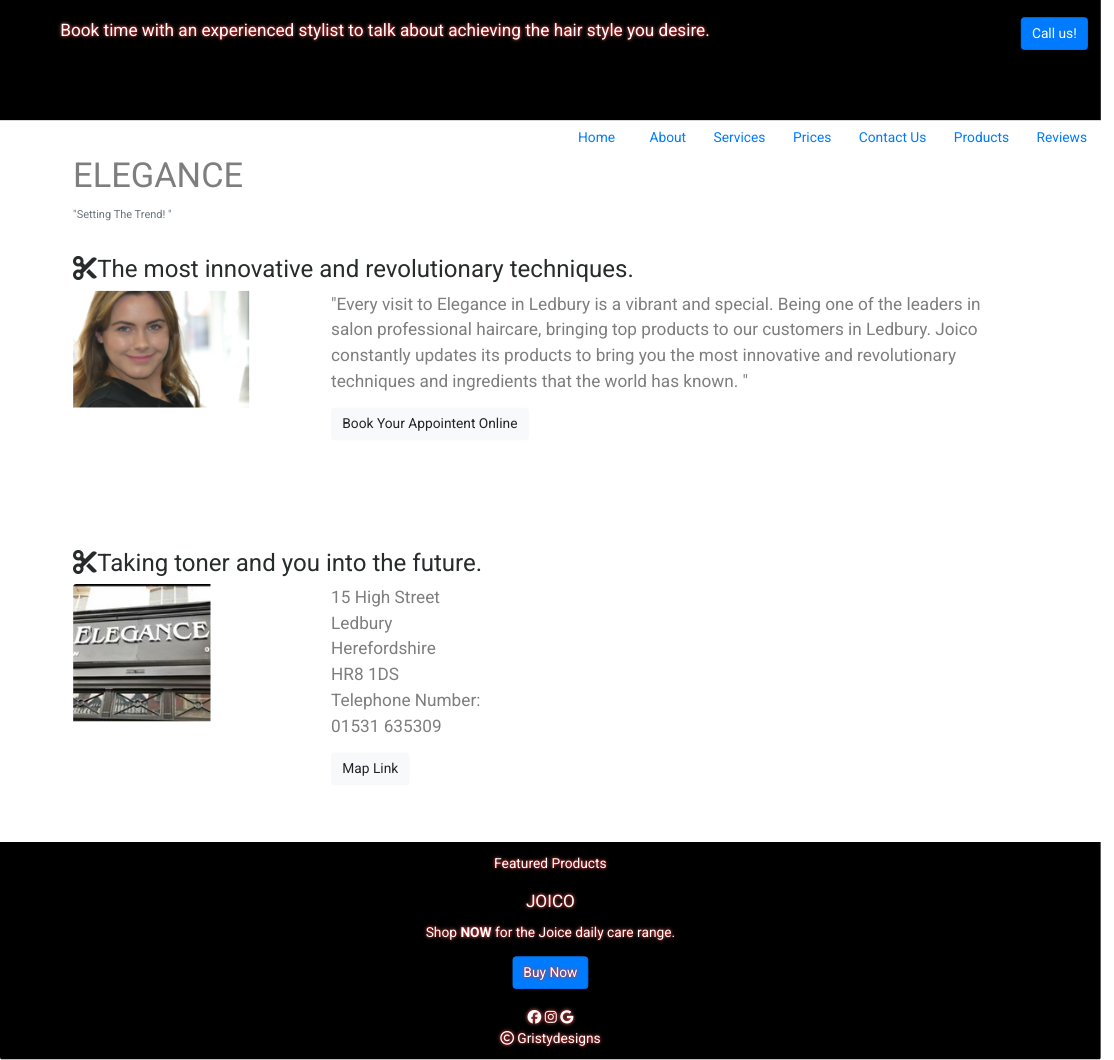
Repository: Gristydesigns/elegance-salon
Page: index.html
The author's editor kept a record of every edit. The page is drawn from the files as they stood at one moment, then again after the next edit.
The browser window is 1280 px wide. The page is 1295 px wide, so the pictures cover 1295 px, including what lies to the right of the window. The pictures show the whole page, at 86% of full size.
Some web libraries are served in a nearby version.

Above is the page before.
Console error: TypeError: Cannot read properties of undefined (reading 'fn')

### index.html
<!DOCTYPE html>
<html lang="en">
<!--Head------------------------->

<head>
    <meta charset="UTF-8">
    <meta name="viewport" content="width=device-width, initial-scale=1.0">
    <meta http-equiv="X-UA-Compatible" content="ie=edge">
    <link rel="stylesheet" href="https://stackpath.bootstrapcdn.com/bootstrap/4.3.1/css/bootstrap.min.css" integrity="sha384-ggOyR0iXCbMQv3Xipma34MD+dH/1fQ784/j6cY/iJTQUOhcWr7x9JvoRxT2MZw1T" crossorigin="anonymous">
    <script src="https://stackpath.bootstrapcdn.com/bootstrap/4.3.1/js/bootstrap.min.js" integrity="sha384-JjSmVgyd0p3pXB1rRibZUAYoIIy6OrQ6VrjIEaFf/nJGzIxFDsf4x0xIM+B07jRM" crossorigin="anonymous"></script>
    <link href="https://fonts.googleapis.com/css?family=Roboto:400,700&display=swap" rel="stylesheet">
    <script src="https://kit.fontawesome.com/d13d47f9ca.js"></script>
    <link rel="stylesheet" href="assets/css/style.css" type="text/css" />
    <title>Elegance Hair Salon Ledbury</title>
</head>
<!--End------------------------->

<body>
    <header>
        <!--callout--------------->
        <section class="container-fluid call-to-action">
            <div class="row">
                <div class="col-12">
                    <button class="btn-spinner-grow btn-spinner-grow-sm btn btn-primary btn-md float-right">Call us!<href="#" role="button"></button>
                <p class="lead">Book time with an experienced stylist  to talk about achieving the hair style you desire.</p>
                </div>
            </div>
        </section>
        <!--End------------------------->
        <!--Nav Bar--------------------->
        <section class="container-nav nav-bar">
            <div class="row">
                <div class="col-12 ">
                    <div class="nav navbar-light bg-light navbar-expand-sm nav-position left >
                             <a href=" # "class="navbar-salon "></a>
                               <button class="navbar-toggler mr-auto " type="button " data-toggle="collapse " data-target="#navbarNavDropdown " aria-controls="navbarNavDropdown " aria-expanded="false " aria-label="Toggle navigation ">
                                <span class="navbar-toggler-icon "></span></button>
                                 <div class="collapse navbar-collapse " id="navbarNavDropdown ">

                                 <ul class="nav nav-pills ml-auto ">
                                  <li class="active nav-item mr-2 "><a class="nav-link Home " href="# ">Home</a>
                                  <li class="nav-item "><a class="nav-link About " href="# ">About</a>
                                  <li class="nav-item "><a class="nav-link Services " href="# ">Services</a>
                                  <li class="nav-item "><a class="nav-link Prices " href="# ">Prices</a>
                                  <li class="nav-item "><a class="nav-link Contact us " href="# ">Contact Us</a>
                                  <li class="nav-item "><a class="nav-link Products " href="# ">Products</a>
                                   <li class="nav-item "><a class="nav-link Reviews " href="# ">Reviews</a>
                                  <li class="nav-item dropdown ">
                                 </ul>
                               </div>
                             </div>
                            </div>
                          </div>
                        </div>
                     </div>
        <!--logo------------------------->
        <section class="container logo ">
                  <div class="row ">
                    <div class=" col-md-12 ">
                        <h1>ELEGANCE</h1>
                        <p class="text-muted "><small>"Setting The Trend! "</small></p>
                    </div>
                </div>
        </section>
<!--End------------------------->


     </header>
<!--End------------------------------>
<!--feature space---------------------->
 <section class="headliners ">
  <div class="container headliner ">
  <!--feature article 1---------------------->
    <div class="row ">
     <div class="col-12 ">
      <h3 class="text "><i class="fas fa-cut"></i>The most innovative and revolutionary techniques. </h3>
        <div class="media ">
        <img src="image/image3.jpg " class="img-fluid rounded " alt="Responsive image ">
          </div>
           <blockquote class="blockquote ">
           <p> "Every visit to Elegance in Ledbury is a vibrant and special. Being one of the leaders in salon professional haircare, bringing top products to our customers in Ledbury. Joico constantly updates its products to bring you the most innovative and revolutionary techniques and ingredients that the world has known. "</p>
             <p><a class="btn btn-md btn-light " href="https://onlinebooking-new.totalsalon.net/?salon=Elegance ">Book Your Appointent Online</a></p>
              </div>
             </blockquote>
             </div>
           </div>
         </div>
       </div>
     </div>
     </div>
    </div>
 <!--feature article 2---------------------->
 <div class="container headliner ">
 <div class="row ">
   <div class="col-12 ">
     <h3 class="text "><i class="fas fa-cut"></i>Taking toner and you into the future.</h3>
       <div class="media ">
          <img src="image/shop.jpg " class="img-fluid rounded " alt="Responsive image ">
           </div>
           <blockquote class="blockquote ">
            <p> 15 High Street<br>
                    Ledbury<br>
                 Herefordshire<br>
                    HR8 1DS <br>
                Telephone Number: <br>
                  01531 635309</p>
            <p><a class="btn btn-md btn-light " href="https://onlinebooking-new.totalsalon.net/?salon=Elegance">Map Link</a></p>
           </blockquote>
         </div>
        </div>
       </div>
      </div>
     </div>
    </div>
   </div>
  </section>
  <!--End------------------------->
   <!--footer---------------------->
  <footer>
   <section class="card-footer ">
     <div class="container-fluid footer ">
      Featured Products
     </div>
        <div class="card-body ">
         <h5 class="card-title ">JOICO</h5>
          <p class="card-text ">Shop <strong>NOW</strong> for the Joice daily care range.</p>
           <a href="https://my-salon.shop/?salonname=Elegance&salonlocation=Ledbury " class="btn btn-primary ">Buy Now</a>
        </div>
        <div class="card">
        <div class "row  ">
          <div class="col-12 ">
            <i class="fab fa-facebook "></i>
            <i class="fab fa-instagram "></i>
            <i class="fab fa-google "></i>
          </div>
        </div>
      </div>
        <div class "row ">
          <div class="col-12 ">
            <i class="far fa-copyright " 2019 Gristydesigns ">
                        </i>
                        Gristydesigns
                    </div>
                </div>
        </section>
        </footer>
        <script src="https://stackpath.bootstrapcdn.com/bootstrap/4.3.1/js/bootstrap.min.js" integrity="sha384-JjSmVgyd0p3pXB1rRibZUAYoIIy6OrQ6VrjIEaFf/nJGzIxFDsf4x0xIM+B07jRM" crossorigin="anonymous"></script>
        <script src="https://code.jquery.com/jquery-3.3.1.slim.min.js" integrity="sha384-q8i/X+965DzO0rT7abK41JStQIAqVgRVzpbzo5smXKp4YfRvH+8abtTE1Pi6jizo" crossorigin="anonymous"></script>
        <script src="https://cdnjs.cloudflare.com/ajax/libs/popper.js/1.14.7/umd/popper.min.js" integrity="sha384-UO2eT0CpHqdSJQ6hJty5KVphtPhzWj9WO1clHTMGa3JDZwrnQq4sF86dIHNDz0W1" crossorigin="anonymous"></script>
</body>

</html>
<!--End------------------------->

### assets/css/style.css
@import url('https://fonts.googleapis.com/css?family=Roboto&display=swap 100,200,300,400,500,600,700|Exo 100,200,300,400,500,600,700');
/*---------------------------------colors */

body {
   font-family: 'Roboto', sans-serif;
  background-color:#fff;
  -webkit-background-size: cover;
  -moz-background-size: cover;
  -o-background-size: cover;
  background-size: cover;

}
/*---------------------------------call out */

.call-to-action {
    height:140px;
    background-color: black;
    font-size:20px;
    font-weight: 600px;
    color: #fff;
    text-align: left;
    padding-left:70px;
    padding-top: 20px;
    bottom:5px;
    text-shadow: 0 0 3px #FF0000, 0 0 5px #7e7e7e
   }

   .button {
       padding-top:0;
       padding-bottom:20px;
      }
/*---------------------------------nav-container */
.navbar-collapse {
 background-color: #fff;
 padding-left:10px;
 }
.nav-bar {

}

/*---------------------------------Logo */
.logo {
    color:#7e7e7e;
    font-weight: 900px;
    text-shadow: 2px 2px 4px #25292A
    padding-top: 20px;
    padding-bottom: 20px;
    display: flex;
    justify-content: left;

   }
 /*---------------------------------headliner */
 .headliner {
     color:#272B2B;

     justify-content: center;
 }
 .blockquote {
     padding-left: 10px;
     padding-right: 5px;
     color: #7e7e7e;

 }
  /*---------------------------------feature space */
.media {
    height: 300px;
    flex: none;
    width: 300px;
    text-align: right;
    float: left;
 }

.img-fluid {
    max-width: 75%;
    height: auto;
    padding-bottom: 5px;
    padding-right: 20px;

}
   /*---------------------------------Footer */
.card-footer {
    text-align: center;
    background-color: black;
    border-top: 1px solid rgba(0,0,0,.125);
    color: #fff;
    text-shadow: 0 0 3px #FF0000, 0 0 5px #7e7e7e

}
 .card {
   background-color: black;
   text-align: center;
 }

After the next edit:
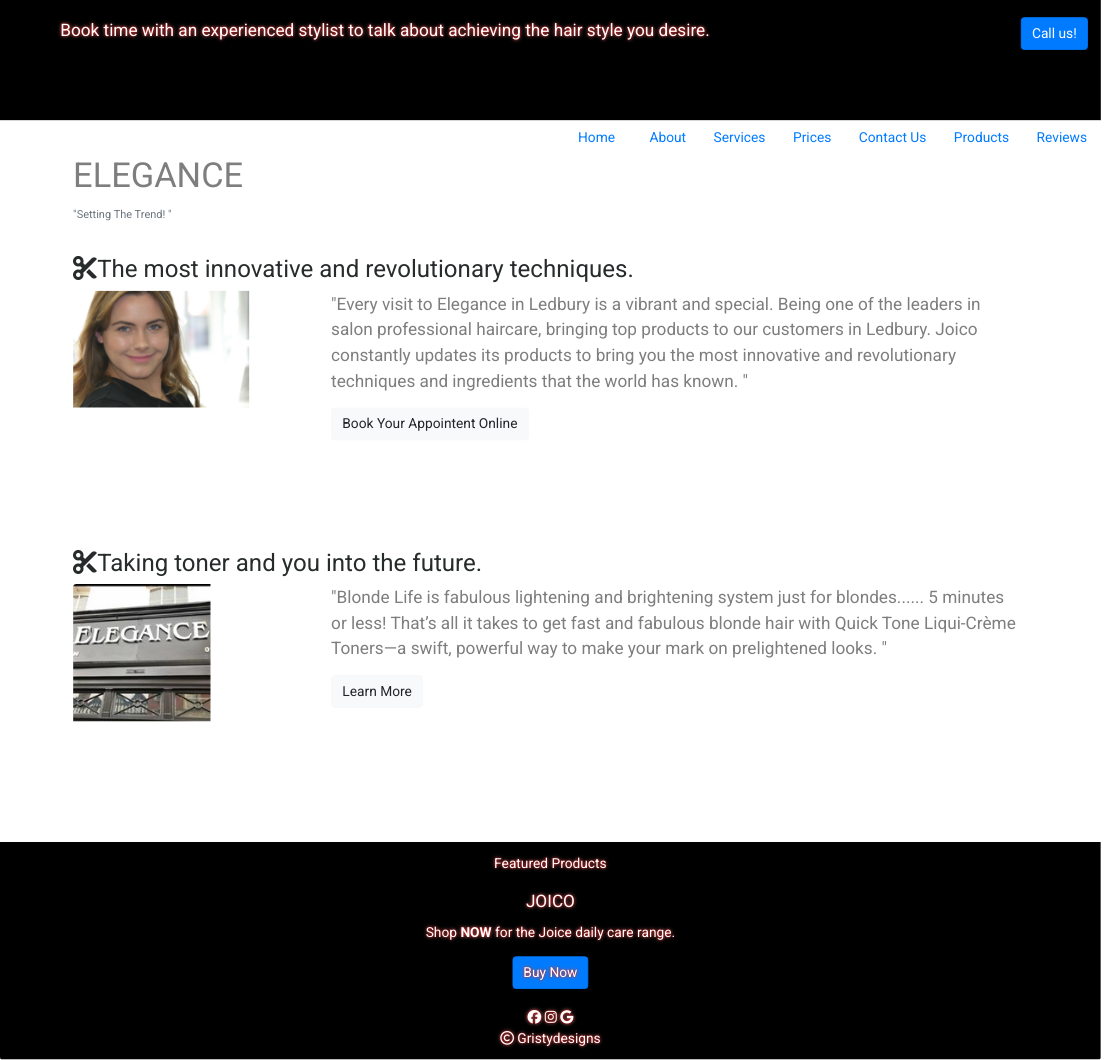
The edit:
--- a/index.html
+++ b/index.html
@@ -98,13 +98,8 @@
           <img src="image/shop.jpg " class="img-fluid rounded " alt="Responsive image ">
            </div>
            <blockquote class="blockquote ">
-            <p> 15 High Street<br>
-                    Ledbury<br>
-                 Herefordshire<br>
-                    HR8 1DS <br>
-                Telephone Number: <br>
-                  01531 635309</p>
-            <p><a class="btn btn-md btn-light " href="https://onlinebooking-new.totalsalon.net/?salon=Elegance">Map Link</a></p>
+            <p>"Blonde Life is fabulous lightening and brightening system just for blondes...... 5 minutes or less! That’s all it takes to get fast and fabulous blonde hair with Quick Tone Liqui-Crème Toners—a swift, powerful way to make your mark on prelightened looks. "</p>
+            <p><a class="btn btn-md btn-light " href="https://elegance-hair-salon-hair-salon.business.site">Learn More</a></p>
            </blockquote>
          </div>
         </div>
